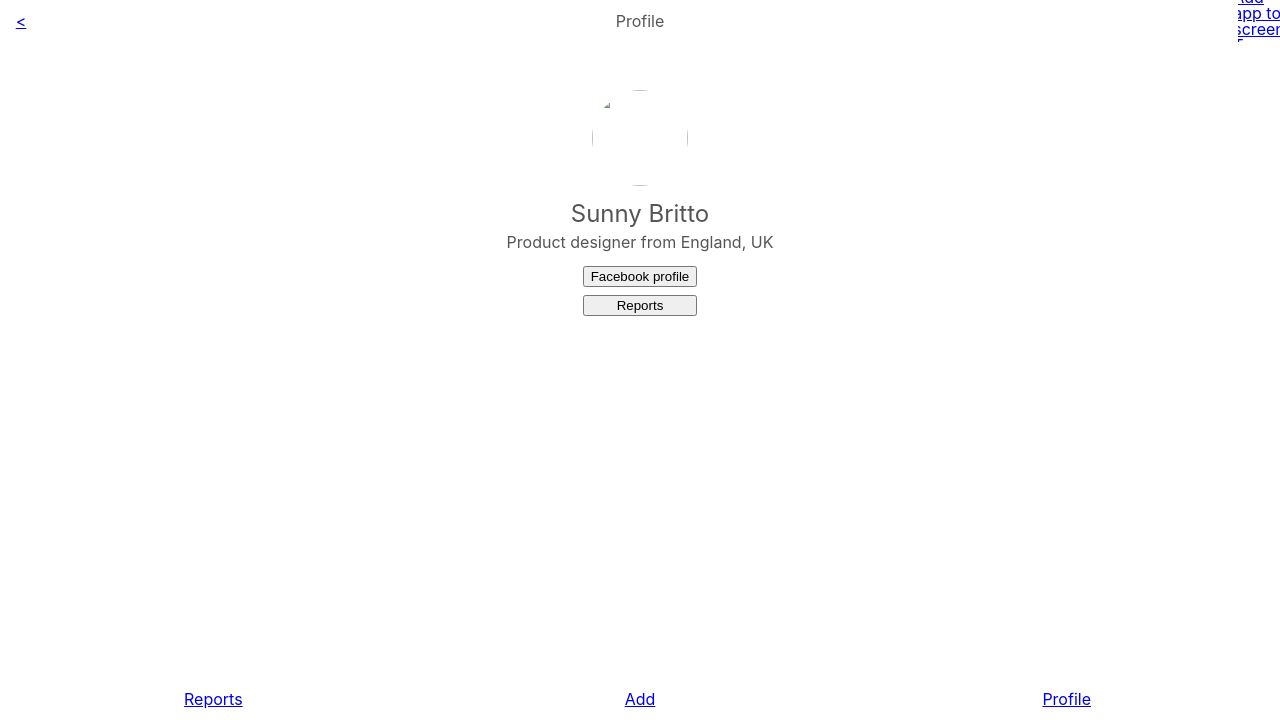
Repository: aleksandrenko/html-css-playground
Page: profile.html
These files come from the project's save history. The page is drawn as it stood at one moment and after a run of saves; the edit follows.
The browser window is 1280 px wide. The pictures show the whole page.

Above is the page before, as saved 2018-01-19 15:16:46.

### profile.html
<!DOCTYPE html>
<html lang="en">
<head>
  <meta charset="UTF-8">
  <link rel="stylesheet" href="./css/shared.css">
  <link rel="stylesheet" href="./css/pages/profile.css">
</head>
<body>

<app>
  <header>
    <left>
      <history-control>
        <a href="#"><</a>
      </history-control>
    </left>
    <middle>
      <page-name>Profile</page-name>
    </middle>
    <right>
      <context-menu>
        <a href="#">About</a>
        <a href="#">Add app to screen</a>
        <a href="#">Terms of use</a>
      </context-menu>
    </right>
  </header>
  <main>
      <profile>
        <picture>
          <img src="#" alt="">
        </picture>
        <name>Sunny Britto</name>
        <information>Product designer from England, UK</information>

        <actions>
          <button>Facebook profile</button>
          <button>Reports</button>
        </actions>
      </profile>
  </main>
  <footer>
    <nav>
      <a href="#">Reports</a>
      <a href="#">Add</a>
      <a href="profile.html">Profile</a>
    </nav>
  </footer>
</app>

</body>
</html>

### css/shared.css
@import "config.css";
@import "reset.css";
@import "global.css";

@import "debug.css";

@import "layout.css";

### css/pages/profile.css
profile {
  position: absolute;
  top: 0;
  bottom: 0;
  left: 0;
  right: 0;

  display: flex;
  flex-direction: column;
  align-items: center;
}

profile picture img {
  width: 96px;
  height: 96px;
  border-radius: 50%;
  margin-top: 3rem;
  display: block;
}

profile name {
  font-size: 1.5rem;
  padding-top: 1rem;
  padding-bottom: 0.5rem;
}

profile actions {
  margin-top: 1rem;
  display: block;
}

profile actions button {
  width: 100%;
  margin-bottom: 0.5rem;
}

### css/config.css
:root {
    --header-height: 42px;
    --footer-height: 42px;

    --min-width: 320px;
    --min-height: 460px;

    --text-global-color: #555;
    --text-global-font: "SF Pro Display", "SF Pro Icons", "Helvetica Neue", "Helvetica", "Roboto", "Arial" ,sans-serif;
}

### css/reset.css
html, body, div, span,
h1, h2, h3, h4, h5, h6, p,
a, abbr, acronym, address, img,
small, strike, strong,
b, u, i, center, ol, ul, li,
fieldset, form, label, footer, header,
menu, nav, section {
    margin: 0;
    padding: 0;
    border: 0;
    font-size: 100%;
    font: inherit;
    vertical-align: baseline;
}
/* HTML5 display-role reset for older browsers */
article, aside, details, figcaption, figure,
footer, header, hgroup, menu, nav, section {
    display: block;
}
body {
    line-height: 1;
}
ol, ul {
    list-style: none;
}

### css/global.css
body {
    min-height: var(--min-height);
    min-width: var(--min-width);
}

* {
    box-sizing: border-box;
    display: block;
}

app {
    font-family: var(--text-global-font);
    font-size: 1rem;
    color: var(--text-global-color);
    background: white;

}

### css/debug.css
body * {
  /* border: solid 1px rgba(0,0,0,0.2); */
}

### css/layout.css
app {
  display: flex;
  flex-direction: column;
  position: fixed;
  top: 0;
  bottom: 0;
  left: 0;
  right: 0;
}

/* app header */

app header {
  display: flex;
  height: 42px;
}

app header left {
  width: 42px;
}

app header > * {
  display: flex;
  justify-content: center;
  align-items: center;
  overflow: hidden;
}

app header middle {
  flex: 1;
}

app header middle page-name {
  text-align: center;
  white-space: nowrap;
  max-width: 90%;
  text-overflow: ellipsis;
  overflow: hidden;
}

app header right {
  width: 42px;
}

/* app main */

app main {
  flex: 1;
  position: relative;
  overflow: hidden;
}

/* app footer */

app footer {
  height: 42px;
  position: relative;
}

app footer nav {
  display: flex;
  flex-direction: row;
  height: 100%;
  align-items: center;
}

app footer nav a {
  flex: 1;
  text-align: center;
}

After the next 4 saves:
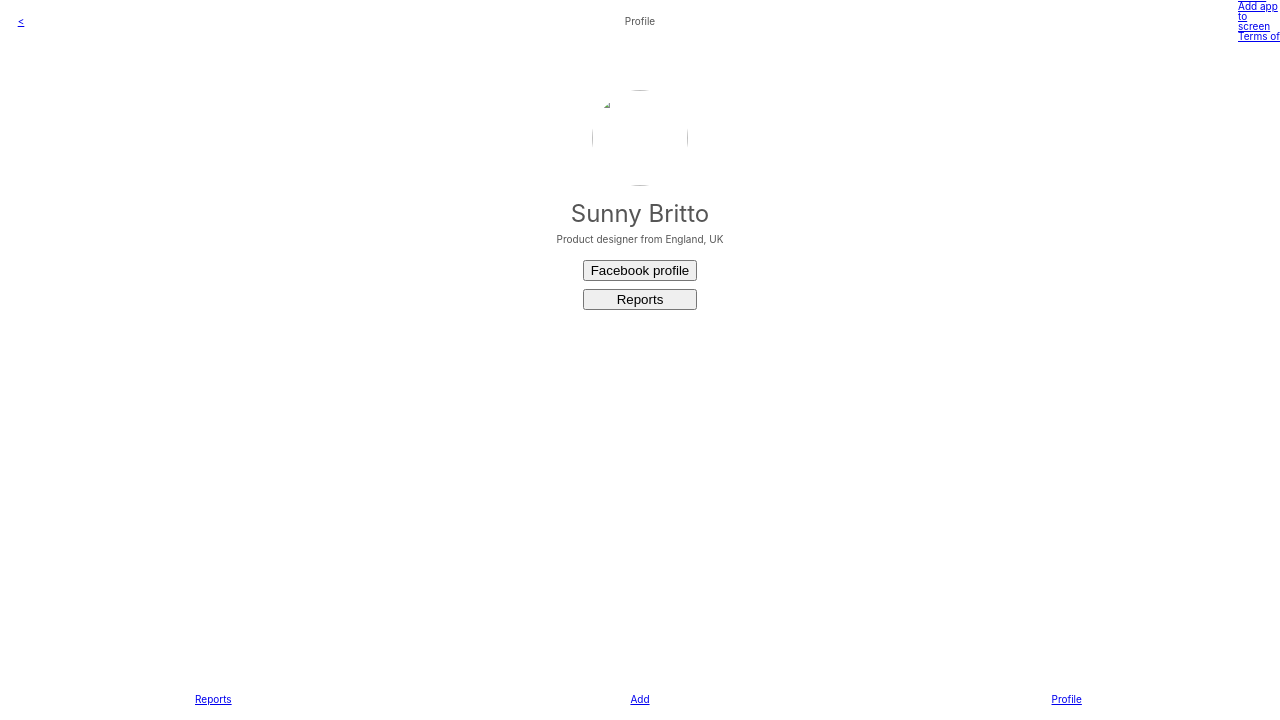
The 4 saves are shown as one change because they came seconds apart.
The last was saved 11 min 0 s later.
--- a/css/global.css
+++ b/css/global.css
@@ -1,6 +1,12 @@
 body {
     min-height: var(--min-height);
     min-width: var(--min-width);
+
+    overflow-x: hidden;
+    -webkit-font-smoothing: antialiased;
+    text-rendering: optimizeLegibility;
+
+    font-size: 10px;
 }
 
 * {
@@ -10,7 +16,6 @@ body {
 
 app {
     font-family: var(--text-global-font);
-    font-size: 1rem;
     color: var(--text-global-color);
     background: white;
 
